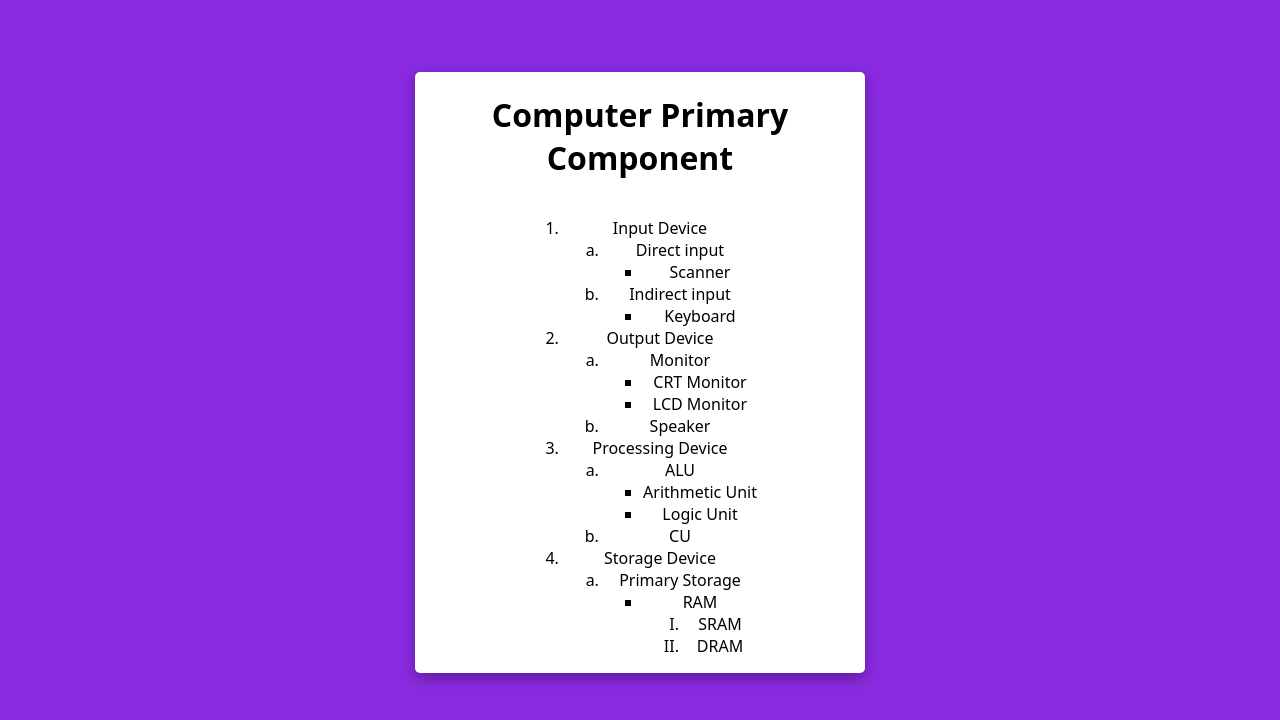
Repository: SharonSebastian32/Nested_List_in_html
Page: index.html
An editor plug-in stored every save of this project. The page is shown before and after the next save, followed by the edit.
The browser window is 1280 px wide. The pictures show the whole page.

Above is the page before, as saved 2024-09-01 07:58:30.

### index.html
<!DOCTYPE html>
<html lang="en">
  <head>
    <meta charset="UTF-8" />
    <meta name="viewport" content="width=device-width, initial-scale=1.0" />
    <title>Document</title>
    <link rel="stylesheet" href="./Styles/Styles.css" />
  </head>
  <body style="background-color: blueviolet">
    <center>
        <br>
        <br>
      <div
        style="
          margin: 20px;
          padding: ;
          border-radius: 5px;
          display: flex;
          justify-content: center;
          align-items: center;
          flex-direction: column;
          background-color: rgb(255, 255, 255);
          width: 450px;
          box-shadow: rgba(0, 0, 0, 0.35) 0px 5px 15px;
        "
      >
        <h1>Computer Primary Component</h1>
        <ol>
          <li>Input Device</li>
          <ol type="a">
            <li>Direct input</li>
            <ul style="list-style-type: square">
              <li>Scanner</li>
            </ul>
            <li>Indirect input</li>
            <ul>
              <li>Keyboard</li>
            </ul>
          </ol>
          <li>Output Device</li>
          <ol type="a">
            <li>Monitor</li>
            <ul>
              <li>CRT Monitor</li>
              <li>LCD Monitor</li>
            </ul>
            <li>Speaker</li>
          </ol>
          <li>Processing Device</li>
          <ol type="a">
            <li>ALU</li>
            <ul>
              <li>Arithmetic Unit</li>
              <li>Logic Unit</li>
            </ul>
            <ul></ul>
            <li>CU</li>
          </ol>
          <li>Storage Device</li>
          <ol type="a">
            <li>Primary Storage</li>
            <ul>
              <li>RAM</li>
              <ol type="I">
                <li>SRAM</li>
                <li>DRAM</li>
              </ol>
            </ul>
          </ol>
        </ol>
      </div>
    </center>
  </body>
</html>

### Styles/Styles.css
*{
    font-family: system-ui, -apple-system, BlinkMacSystemFont, 'Segoe UI', Roboto, Oxygen, Ubuntu, Cantarell, 'Open Sans', 'Helvetica Neue', sans-serif;

}

After the next save:
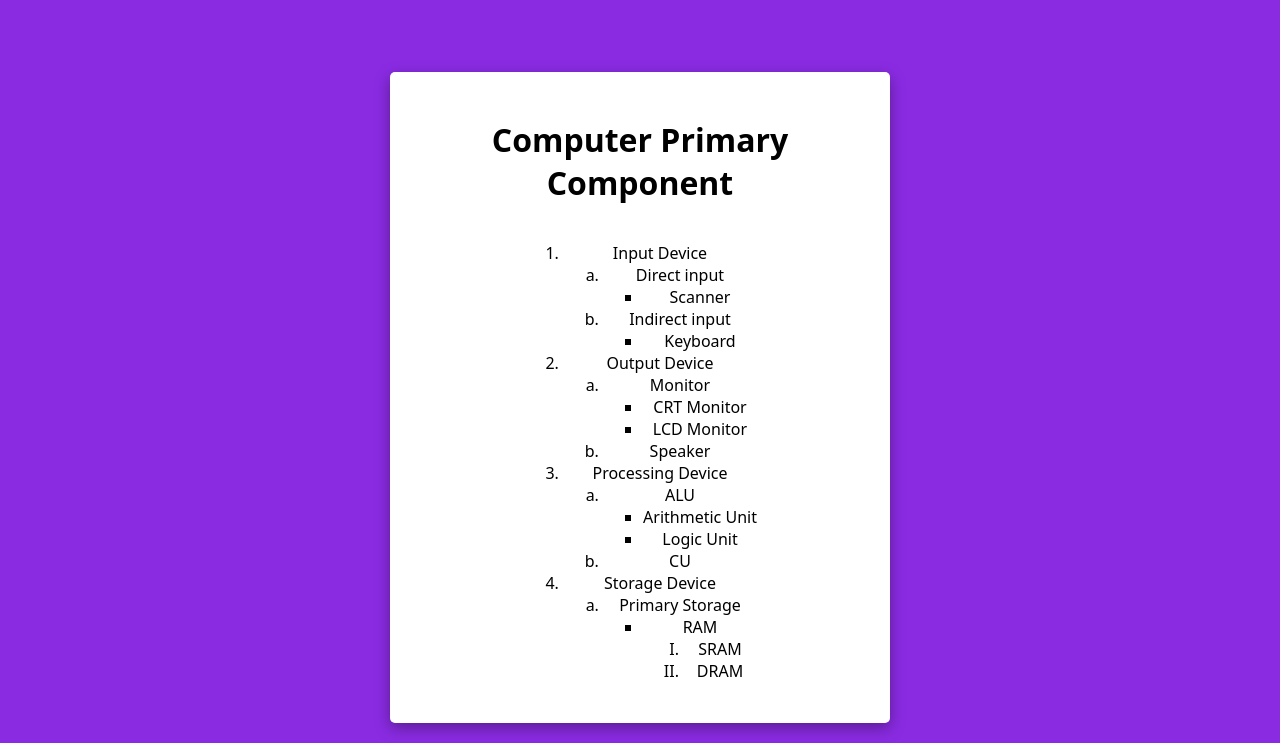
Saved 4 s later.
--- a/index.html
+++ b/index.html
@@ -8,12 +8,12 @@
   </head>
   <body style="background-color: blueviolet">
     <center>
-        <br>
-        <br>
+      <br />
+      <br />
       <div
         style="
           margin: 20px;
-          padding: ;
+          padding: 25px;
           border-radius: 5px;
           display: flex;
           justify-content: center;

After the save that followed:
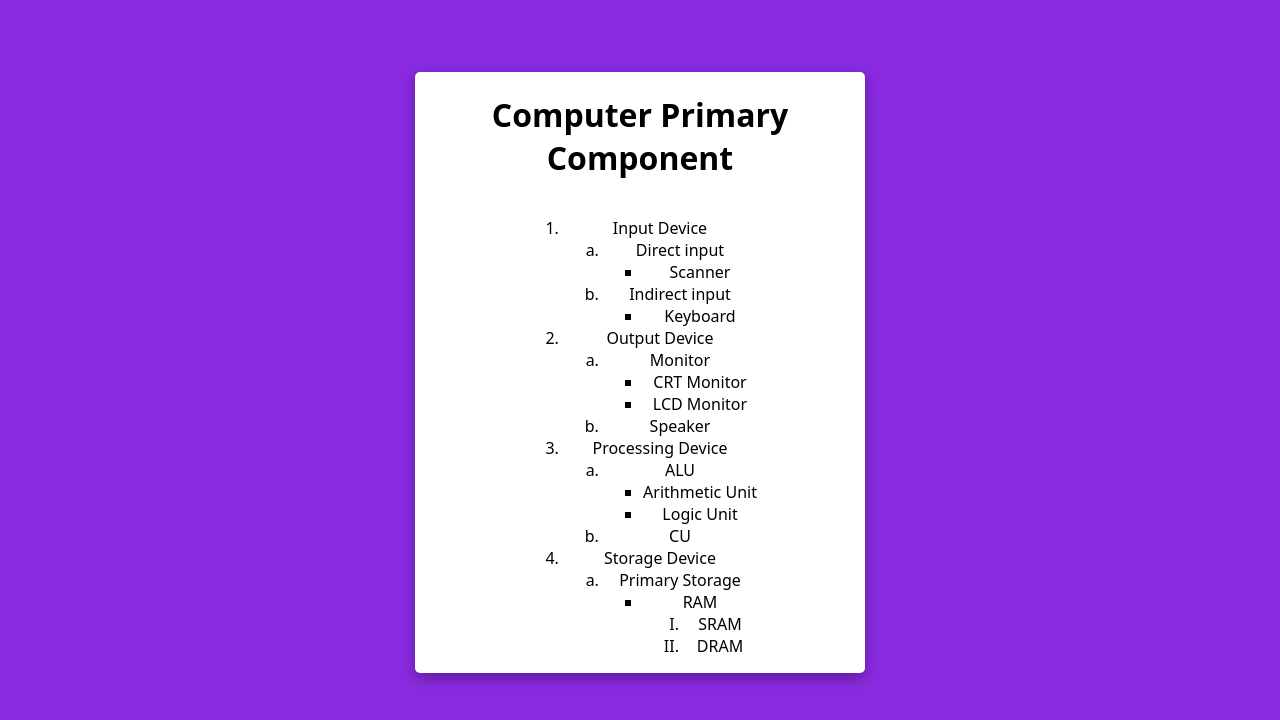
Saved 12 s later.
--- a/index.html
+++ b/index.html
@@ -13,8 +13,7 @@
       <div
         style="
           margin: 20px;
-          padding: 25px;
-          border-radius: 5px;
+           border-radius: 5px;
           display: flex;
           justify-content: center;
           align-items: center;
